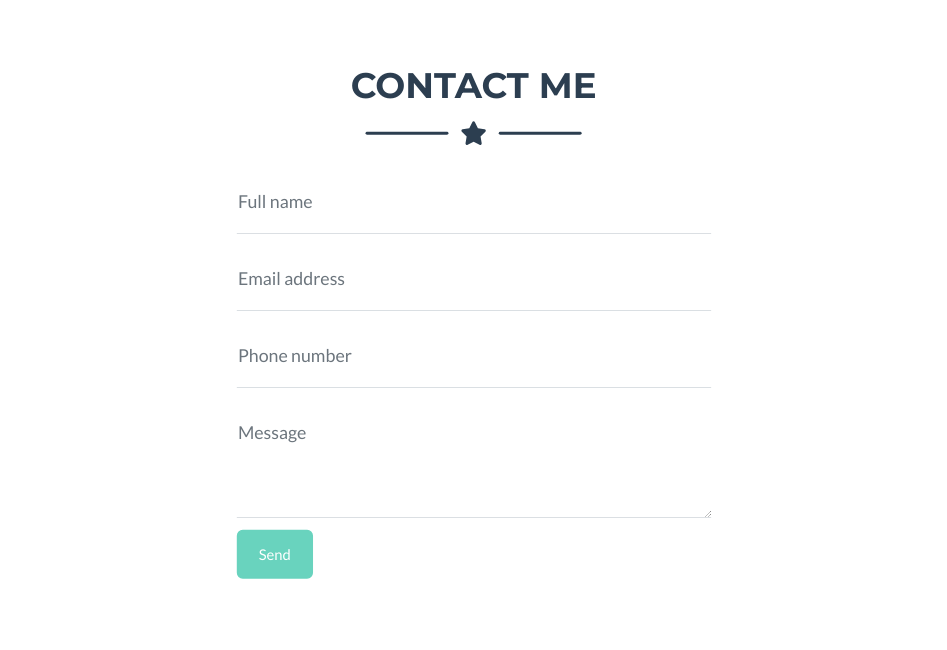
Repository: kvmhyvmvn/Study_JspServlet
Page: http://localhost/06.Last/member/login.jsp
An editor plug-in stored every save of this project. The page is shown before and after the next save, followed by the edit.
The browser window is 1280 px wide. The pictures show the whole page, at 74% of full size.
Some web libraries are served in a nearby version. The page is served by Tomcat 9. Other server files are loaded and not shown.

Above is the page before, as saved 2023-05-26 01:44:01.

### WorkSpace/06.Last/src/main/webapp/member/login.jsp
<%@ page language="java" contentType="text/html; charset=UTF-8"
    pageEncoding="UTF-8"%>
<!DOCTYPE html>
<html>
<jsp:include page="/include/head.jsp"/>
<%@ include file="/include/head.jsp" %>
<body>
	<!-- Contact Section-->
        <section class="page-section" id="contact">
            <div class="container">
                <!-- Contact Section Heading-->
                <h2 class="page-section-heading text-center text-uppercase text-secondary mb-0">Contact Me</h2>
                <!-- Icon Divider-->
                <div class="divider-custom">
                    <div class="divider-custom-line"></div>
                    <div class="divider-custom-icon"><i class="fas fa-star"></i></div>
                    <div class="divider-custom-line"></div>
                </div>
                <!-- Contact Section Form-->
                <div class="row justify-content-center">
                    <div class="col-lg-8 col-xl-7">
                        <!-- * * * * * * * * * * * * * * *-->
                        <!-- * * SB Forms Contact Form * *-->
                        <!-- * * * * * * * * * * * * * * *-->
                        <!-- This form is pre-integrated with SB Forms.-->
                        <!-- To make this form functional, sign up at-->
                        <!-- https://startbootstrap.com/solution/contact-forms-->
                        <!-- to get an API token!-->
                        <form id="contactForm" data-sb-form-api-token="API_TOKEN">
                            <!-- Name input-->
                            <div class="form-floating mb-3">
                                <input class="form-control" id="name" type="text" placeholder="Enter your name..." data-sb-validations="required" />
                                <label for="name">Full name</label>
                                <div class="invalid-feedback" data-sb-feedback="name:required">A name is required.</div>
                            </div>
                            <!-- Email address input-->
                            <div class="form-floating mb-3">
                                <input class="form-control" id="email" type="email" placeholder="name@example.com" data-sb-validations="required,email" />
                                <label for="email">Email address</label>
                                <div class="invalid-feedback" data-sb-feedback="email:required">An email is required.</div>
                                <div class="invalid-feedback" data-sb-feedback="email:email">Email is not valid.</div>
                            </div>
                            <!-- Phone number input-->
                            <div class="form-floating mb-3">
                                <input class="form-control" id="phone" type="tel" placeholder="(123) 456-7890" data-sb-validations="required" />
                                <label for="phone">Phone number</label>
                                <div class="invalid-feedback" data-sb-feedback="phone:required">A phone number is required.</div>
                            </div>
                            <!-- Message input-->
                            <div class="form-floating mb-3">
                                <textarea class="form-control" id="message" type="text" placeholder="Enter your message here..." style="height: 10rem" data-sb-validations="required"></textarea>
                                <label for="message">Message</label>
                                <div class="invalid-feedback" data-sb-feedback="message:required">A message is required.</div>
                            </div>
                            <!-- Submit success message-->
                            <!---->
                            <!-- This is what your users will see when the form-->
                            <!-- has successfully submitted-->
                            <div class="d-none" id="submitSuccessMessage">
                                <div class="text-center mb-3">
                                    <div class="fw-bolder">Form submission successful!</div>
                                    To activate this form, sign up at
                                    <br />
                                    <a href="https://startbootstrap.com/solution/contact-forms">https://startbootstrap.com/solution/contact-forms</a>
                                </div>
                            </div>
                            <!-- Submit error message-->
                            <!---->
                            <!-- This is what your users will see when there is-->
                            <!-- an error submitting the form-->
                            <div class="d-none" id="submitErrorMessage"><div class="text-center text-danger mb-3">Error sending message!</div></div>
                            <!-- Submit Button-->
                            <button class="btn btn-primary btn-xl disabled" id="submitButton" type="submit">Send</button>
                        </form>
                    </div>
                </div>
            </div>
        </section>
</body>
</html>

### WorkSpace/06.Last/src/main/webapp/include/head.jsp
<%@ page language="java" contentType="text/html; charset=UTF-8"
    pageEncoding="UTF-8"%>
 <head>
 	<!-- Masthead-->
        <meta charset="utf-8" />
        <meta name="viewport" content="width=device-width, initial-scale=1, shrink-to-fit=no" />
        <meta name="description" content="" />
        <meta name="author" content="" />
        <title>Freelancer - Start Bootstrap Theme</title>
        <!-- Favicon-->
        <link rel="icon" type="image/x-icon" href="assets/favicon.ico" />
        <!-- Font Awesome icons (free version)-->
        <script src="https://use.fontawesome.com/releases/v6.3.0/js/all.js" crossorigin="anonymous"></script>
        <!-- Google fonts-->
        <link href="https://fonts.googleapis.com/css?family=Montserrat:400,700" rel="stylesheet" type="text/css" />
        <link href="https://fonts.googleapis.com/css?family=Lato:400,700,400italic,700italic" rel="stylesheet" type="text/css" />
        <!-- Core theme CSS (includes Bootstrap)-->
        <link href="../css/styles.css" rel="stylesheet" />
    </head>

### WorkSpace/06.Last/src/main/webapp/include/header.jsp
<%@ page language="java" contentType="text/html; charset=UTF-8"
    pageEncoding="UTF-8"%>
            <!-- Navigation-->
        <nav class="navbar navbar-expand-lg bg-secondary text-uppercase fixed-top" id="mainNav">
            <div class="container">
                <a class="navbar-brand" href="#page-top">Start Bootstrap</a>
                <button class="navbar-toggler text-uppercase font-weight-bold bg-primary text-white rounded" type="button" data-bs-toggle="collapse" data-bs-target="#navbarResponsive" aria-controls="navbarResponsive" aria-expanded="false" aria-label="Toggle navigation">
                    Menu
                    <i class="fas fa-bars"></i>
                </button>
                <div class="collapse navbar-collapse" id="navbarResponsive">
                    <ul class="navbar-nav ms-auto">
                        <li class="nav-item mx-0 mx-lg-1"><a class="nav-link py-3 px-0 px-lg-3 rounded" href="loginpage.mem">로그인</a></li>
                        <li class="nav-item mx-0 mx-lg-1"><a class="nav-link py-3 px-0 px-lg-3 rounded" href="list.crud">CRUD 연습(마지막)</a></li>
                        <li class="nav-item mx-0 mx-lg-1"><a class="nav-link py-3 px-0 px-lg-3 rounded" href="#contact">혼자 연습</a></li>
                    </ul>
                </div>
            </div>
        </nav>
	<header class="masthead bg-primary text-white text-center">
            <div class="container d-flex align-items-center flex-column">
                <!-- Masthead Avatar Image-->
                <img class="masthead-avatar mb-5" src="assets/img/avataaars.svg" alt="..." />
                <!-- Masthead Heading-->
                <h1 class="masthead-heading text-uppercase mb-0">Start Bootstrap</h1>
                <!-- Icon Divider-->
                <div class="divider-custom divider-light">
                    <div class="divider-custom-line"></div>
                    <div class="divider-custom-icon"><i class="fas fa-star"></i></div>
                    <div class="divider-custom-line"></div>
                </div>
                <!-- Masthead Subheading-->
                <p class="masthead-subheading font-weight-light mb-0">Graphic Artist - Web Designer - Illustrator</p>
            </div>
        </header>

### WorkSpace/06.Last/src/main/webapp/assets/img/avataaars.svg
<?xml version="1.0" encoding="utf-8"?>
<!-- Generator: Adobe Illustrator 23.0.3, SVG Export Plug-In . SVG Version: 6.00 Build 0)  -->
<svg version="1.1" id="Layer_1" xmlns="http://www.w3.org/2000/svg" xmlns:xlink="http://www.w3.org/1999/xlink" x="0px" y="0px"
	 viewBox="0 0 264 280" style="enable-background:new 0 0 264 280;" xml:space="preserve">
<style type="text/css">
	.st0{fill-rule:evenodd;clip-rule:evenodd;fill:#E6E6E6;}
	.st1{filter:url(#Adobe_OpacityMaskFilter);}
	.st2{fill-rule:evenodd;clip-rule:evenodd;fill:#FFFFFF;}
	.st3{mask:url(#mask-2_1_);}
	.st4{fill-rule:evenodd;clip-rule:evenodd;fill:#2C3E50;}
	.st5{filter:url(#Adobe_OpacityMaskFilter_1_);}
	.st6{mask:url(#mask-4_1_);}
	.st7{fill-rule:evenodd;clip-rule:evenodd;fill:#D0C6AC;}
	.st8{filter:url(#Adobe_OpacityMaskFilter_2_);}
	.st9{mask:url(#mask-6_1_);}
	.st10{fill-rule:evenodd;clip-rule:evenodd;fill:#EDB98A;}
	.st11{filter:url(#Adobe_OpacityMaskFilter_3_);}
	.st12{mask:url(#mask-6_2_);fill-rule:evenodd;clip-rule:evenodd;fill-opacity:0.1;}
	.st13{filter:url(#Adobe_OpacityMaskFilter_4_);}
	.st14{mask:url(#react-mask-952_1_);}
	.st15{filter:url(#Adobe_OpacityMaskFilter_5_);}
	.st16{opacity:0.6;mask:url(#react-mask-952_2_);}
	.st17{fill-rule:evenodd;clip-rule:evenodd;fill-opacity:0.16;}
	.st18{fill-rule:evenodd;clip-rule:evenodd;fill-opacity:0.7;}
	.st19{filter:url(#Adobe_OpacityMaskFilter_6_);}
	.st20{mask:url(#react-mask-934_1_);fill-rule:evenodd;clip-rule:evenodd;fill:#FFFFFF;}
	.st21{filter:url(#Adobe_OpacityMaskFilter_7_);}
	.st22{mask:url(#react-mask-934_2_);}
	.st23{fill-rule:evenodd;clip-rule:evenodd;fill:#FF4F6D;}
	.st24{fill-rule:evenodd;clip-rule:evenodd;fill-opacity:0.6;}
	.st25{filter:url(#Adobe_OpacityMaskFilter_8_);}
	.st26{mask:url(#react-mask-925_1_);}
	.st27{fill-rule:evenodd;clip-rule:evenodd;fill:#28354B;}
	.st28{filter:url(#Adobe_OpacityMaskFilter_9_);}
	.st29{mask:url(#react-mask-924_1_);}
	.st30{fill-rule:evenodd;clip-rule:evenodd;fill:#4A312C;}
</style>
<desc>Created with getavataaars.com</desc>
<g>
	<g transform="translate(-825.000000, -1100.000000)">
		<g transform="translate(825.000000, 1100.000000)">
			<g id="Circle" transform="translate(12.000000, 40.000000)">
				<g id="Circle-Background">
					<circle class="st0" cx="120" cy="120" r="120"/>
				</g>
				<defs>
					<filter id="Adobe_OpacityMaskFilter" filterUnits="userSpaceOnUse" x="0" y="0" width="240" height="240">
						<feColorMatrix  type="matrix" values="1 0 0 0 0  0 1 0 0 0  0 0 1 0 0  0 0 0 1 0"/>
					</filter>
				</defs>
				<mask maskUnits="userSpaceOnUse" x="0" y="0" width="240" height="240" id="mask-2_1_">
					<g class="st1">
						<circle id="path-1_1_" class="st2" cx="120" cy="120" r="120"/>
					</g>
				</mask>
				<g class="st3">
					<rect class="st4" width="240" height="240"/>
				</g>
			</g>
			<g id="Mask">
			</g>
			<defs>
				<filter id="Adobe_OpacityMaskFilter_1_" filterUnits="userSpaceOnUse" x="-1" y="0" width="265" height="280">
					<feColorMatrix  type="matrix" values="1 0 0 0 0  0 1 0 0 0  0 0 1 0 0  0 0 0 1 0"/>
				</filter>
			</defs>
			<mask maskUnits="userSpaceOnUse" x="-1" y="0" width="265" height="280" id="mask-4_1_">
				<g class="st5">
					<path id="path-3_1_" class="st2" d="M12,160c0,66.3,53.7,120,120,120s120-53.7,120-120h12V0H0v160H12z"/>
				</g>
			</mask>
			<g id="Avataaar" class="st6">
				<g id="Body" transform="translate(32.000000, 36.000000)">
					<g>
						<path class="st7" d="M124,144.6V163h4l0,0c39.8,0,72,32.2,72,72v9H0v-9c0-39.8,32.2-72,72-72l0,0h4v-18.4
							c-17.2-8.2-29.6-24.9-31.7-44.7C38.5,99.1,34,94.1,34,88V74c0-5.9,4.3-10.9,10-11.8V56l0,0c0-30.9,25.1-56,56-56l0,0l0,0
							c30.9,0,56,25.1,56,56v6.2c5.7,1,10,5.9,10,11.8v14c0,6.1-4.5,11.1-10.3,11.9C153.6,119.7,141.2,136.4,124,144.6z"/>
					</g>
					<defs>
						<filter id="Adobe_OpacityMaskFilter_2_" filterUnits="userSpaceOnUse" x="-32" y="0" width="264" height="244">
							<feColorMatrix  type="matrix" values="1 0 0 0 0  0 1 0 0 0  0 0 1 0 0  0 0 0 1 0"/>
						</filter>
					</defs>
					<mask maskUnits="userSpaceOnUse" x="-32" y="0" width="264" height="244" id="mask-6_1_">
						<g class="st8">
							<path id="path-5_1_" class="st2" d="M124,144.6V163h4l0,0c39.8,0,72,32.2,72,72v9H0v-9c0-39.8,32.2-72,72-72l0,0h4v-18.4
								c-17.2-8.2-29.6-24.9-31.7-44.7C38.5,99.1,34,94.1,34,88V74c0-5.9,4.3-10.9,10-11.8V56l0,0c0-30.9,25.1-56,56-56l0,0l0,0
								c30.9,0,56,25.1,56,56v6.2c5.7,1,10,5.9,10,11.8v14c0,6.1-4.5,11.1-10.3,11.9C153.6,119.7,141.2,136.4,124,144.6z"/>
						</g>
					</mask>
					<g class="st9">
						<g id="Color" transform="translate(-32.000000, 0.000000)">
							<rect class="st10" width="264" height="244"/>
						</g>
					</g>
					<defs>
						<filter id="Adobe_OpacityMaskFilter_3_" filterUnits="userSpaceOnUse" x="44" y="79" width="112" height="79">
							<feColorMatrix  type="matrix" values="1 0 0 0 0  0 1 0 0 0  0 0 1 0 0  0 0 0 1 0"/>
						</filter>
					</defs>
					<mask maskUnits="userSpaceOnUse" x="44" y="79" width="112" height="79" id="mask-6_2_">
						<g class="st11">
							<path id="path-5_2_" class="st2" d="M124,144.6V163h4l0,0c39.8,0,72,32.2,72,72v9H0v-9c0-39.8,32.2-72,72-72l0,0h4v-18.4
								c-17.2-8.2-29.6-24.9-31.7-44.7C38.5,99.1,34,94.1,34,88V74c0-5.9,4.3-10.9,10-11.8V56l0,0c0-30.9,25.1-56,56-56l0,0l0,0
								c30.9,0,56,25.1,56,56v6.2c5.7,1,10,5.9,10,11.8v14c0,6.1-4.5,11.1-10.3,11.9C153.6,119.7,141.2,136.4,124,144.6z"/>
						</g>
					</mask>
					<path id="Neck-Shadow" class="st12" d="M156,79v23c0,30.9-25.1,56-56,56s-56-25.1-56-56V79v15c0,30.9,25.1,56,56,56
						s56-25.1,56-56V79z"/>
				</g>
				<g transform="translate(0.000000, 170.000000)">
					<g id="Clothes">
						<path class="st0" d="M166,29.3c37,3,66,34,66,71.8v8.9H32v-8.9C32,63,61.6,31.8,99,29.2c0,0.4,0,0.7,0,1.1
							c0,11.9,15,21.5,33.5,21.5S166,42.2,166,30.3C166,30,166,29.6,166,29.3z"/>
					</g>
					<defs>
						<filter id="Adobe_OpacityMaskFilter_4_" filterUnits="userSpaceOnUse" x="0" y="0" width="264" height="110">
							<feColorMatrix  type="matrix" values="1 0 0 0 0  0 1 0 0 0  0 0 1 0 0  0 0 0 1 0"/>
						</filter>
					</defs>
					<mask maskUnits="userSpaceOnUse" x="0" y="0" width="264" height="110" id="react-mask-952_1_">
						<g class="st13">
							<path id="react-path-951_1_" class="st2" d="M166,29.3c37,3,66,34,66,71.8v8.9H32v-8.9C32,63,61.6,31.8,99,29.2
								c0,0.4,0,0.7,0,1.1c0,11.9,15,21.5,33.5,21.5S166,42.2,166,30.3C166,30,166,29.6,166,29.3z"/>
						</g>
					</mask>
					<g class="st14">
						<rect class="st2" width="264" height="110"/>
					</g>
					<defs>
						<filter id="Adobe_OpacityMaskFilter_5_" filterUnits="userSpaceOnUse" x="92.9" y="4.9" width="79.3" height="53.8">
							<feColorMatrix  type="matrix" values="1 0 0 0 0  0 1 0 0 0  0 0 1 0 0  0 0 0 1 0"/>
						</filter>
					</defs>
					<mask maskUnits="userSpaceOnUse" x="92.9" y="4.9" width="79.3" height="53.8" id="react-mask-952_2_">
						<g class="st15">
							<path id="react-path-951_2_" class="st2" d="M166,29.3c37,3,66,34,66,71.8v8.9H32v-8.9C32,63,61.6,31.8,99,29.2
								c0,0.4,0,0.7,0,1.1c0,11.9,15,21.5,33.5,21.5S166,42.2,166,30.3C166,30,166,29.6,166,29.3z"/>
						</g>
					</mask>
					<g id="Shadowy" class="st16">
						<g transform="translate(92.000000, 4.000000)">
							<ellipse class="st17" cx="40.5" cy="27.8" rx="39.6" ry="26.9"/>
						</g>
					</g>
				</g>
				<g id="Face" transform="translate(76.000000, 82.000000)">
					<g transform="translate(2.000000, 52.000000)">
						<g id="Mouth">
							<path class="st18" d="M35.1,15.1C36.2,24.6,44.2,32,54,32c9.8,0,17.9-7.4,18.9-17c0.1-0.8-0.8-2-1.8-2c-14.9,0-26.3,0-34,0
								C36,13,35,14.2,35.1,15.1z"/>
						</g>
						<defs>
							<filter id="Adobe_OpacityMaskFilter_6_" filterUnits="userSpaceOnUse" x="39" y="2" width="31" height="16">
								<feColorMatrix  type="matrix" values="1 0 0 0 0  0 1 0 0 0  0 0 1 0 0  0 0 0 1 0"/>
							</filter>
						</defs>
						<mask maskUnits="userSpaceOnUse" x="39" y="2" width="31" height="16" id="react-mask-934_1_">
							<g class="st19">
								<path id="react-path-933_1_" class="st2" d="M35.1,15.1C36.2,24.6,44.2,32,54,32c9.8,0,17.9-7.4,18.9-17
									c0.1-0.8-0.8-2-1.8-2c-14.9,0-26.3,0-34,0C36,13,35,14.2,35.1,15.1z"/>
							</g>
						</mask>
						<path id="Teeth" class="st20" d="M44,2h21c2.8,0,5,2.2,5,5v6c0,2.8-2.2,5-5,5H44c-2.8,0-5-2.2-5-5V7C39,4.2,41.2,2,44,2z"/>
						<defs>
							<filter id="Adobe_OpacityMaskFilter_7_" filterUnits="userSpaceOnUse" x="38" y="24" width="32" height="22">
								<feColorMatrix  type="matrix" values="1 0 0 0 0  0 1 0 0 0  0 0 1 0 0  0 0 0 1 0"/>
							</filter>
						</defs>
						<mask maskUnits="userSpaceOnUse" x="38" y="24" width="32" height="22" id="react-mask-934_2_">
							<g class="st21">
								<path id="react-path-933_2_" class="st2" d="M35.1,15.1C36.2,24.6,44.2,32,54,32c9.8,0,17.9-7.4,18.9-17
									c0.1-0.8-0.8-2-1.8-2c-14.9,0-26.3,0-34,0C36,13,35,14.2,35.1,15.1z"/>
							</g>
						</mask>
						<g id="Tongue" class="st22">
							<g transform="translate(38.000000, 24.000000)">
								<circle class="st23" cx="11" cy="11" r="11"/>
								<circle class="st23" cx="21" cy="11" r="11"/>
							</g>
						</g>
					</g>
					<g transform="translate(28.000000, 40.000000)">
						<path id="Nose" class="st17" d="M16,8c0,4.4,5.4,8,12,8l0,0c6.6,0,12-3.6,12-8"/>
					</g>
					<g transform="translate(0.000000, 8.000000)">
						<path id="Squint" class="st24" d="M16.2,22.4C18,18.6,22.2,16,27,16c4.8,0,9,2.6,10.8,6.4c0.6,1.1-0.2,2-1,1.4
							c-2.5-2.1-5.9-3.4-9.8-3.4c-3.7,0-7.1,1.2-9.6,3.2C16.5,24.3,15.6,23.6,16.2,22.4z"/>
						<path class="st24" d="M74.2,22.4C76,18.6,80.2,16,85,16c4.8,0,9,2.6,10.8,6.4c0.6,1.1-0.2,2-1,1.4c-2.5-2.1-5.9-3.4-9.8-3.4
							c-3.7,0-7.1,1.2-9.6,3.2C74.5,24.3,73.6,23.6,74.2,22.4z"/>
					</g>
					<g>
						<path id="Eyebrow" class="st24" d="M26.5,6.1c-5.8,0.3-15.2,4.5-15,10.3c0,0.2,0.3,0.3,0.4,0.1c2.8-3,22.3-5.9,29.2-4.4
							c0.6,0.1,1.1-0.5,0.7-0.9C38.5,7.5,31.7,5.9,26.5,6.1"/>
						<path class="st24" d="M86.5,6.1c5.8,0.3,15.2,4.5,15,10.3c0,0.2-0.3,0.3-0.4,0.1c-2.8-3-22.3-5.9-29.2-4.4
							c-0.6,0.1-1.1-0.5-0.7-0.9C74.5,7.5,81.3,5.9,86.5,6.1"/>
					</g>
				</g>
				<g id="Top">
					<defs>
						<filter id="Adobe_OpacityMaskFilter_8_" filterUnits="userSpaceOnUse" x="-1" y="0" width="264" height="280">
							<feColorMatrix  type="matrix" values="1 0 0 0 0  0 1 0 0 0  0 0 1 0 0  0 0 0 1 0"/>
						</filter>
					</defs>
					<mask maskUnits="userSpaceOnUse" x="-1" y="0" width="264" height="280" id="react-mask-925_1_">
						<g class="st25">
							<rect id="react-path-927_1_" class="st2" width="264" height="280"/>
						</g>
					</mask>
					<g class="st26">
						<g transform="translate(-1.000000, 0.000000)">
							<g id="Short-Hair">
								<path class="st27" d="M183.7,38.9c5.4-5,6.7-15,3.6-21.5c-3.8-8-11.4-9-18.7-5.5c-6.9,3.3-13.1,4.4-20.6,2.8
									c-7.3-1.5-14.1-4.3-21.6-4.7C114,9.3,102,13.9,93.6,23.1c-1.6,1.8-2.9,3.8-4.1,5.8c-1,1.6-2.1,3.4-2.5,5.3
									c-0.2,0.9,0.2,3.1-0.3,3.8c-0.5,0.8-2.3,1.5-3.1,2.1c-1.6,1.2-2.9,2.5-4.2,4c-2.7,3.2-4.1,6.6-5.4,10.6
									c-4.1,13.2-4.5,29,0.9,42c0.7,1.7,2.9,5.4,4.2,1.6c0.3-0.7-0.3-3.2-0.3-3.9c0-2.7,1.5-20.7,8-30.8c2.1-3.3,12-15.6,14-15.7
									c1.1,1.7,11.9,12.5,39.9,11.2c12.7-0.6,22.4-6.3,24.7-8.7c1,5.5,13,13.8,14.8,17.2c5.3,9.8,6.4,30.3,8.4,30.3
									s3.5-5.2,3.9-6.2c3.1-7.4,3.6-16.6,3.3-24.6C195.5,57,191.3,45.9,183.7,38.9z"/>
							</g>
							<defs>
								<filter id="Adobe_OpacityMaskFilter_9_" filterUnits="userSpaceOnUse" x="0" y="0" width="264" height="280">
									<feColorMatrix  type="matrix" values="1 0 0 0 0  0 1 0 0 0  0 0 1 0 0  0 0 0 1 0"/>
								</filter>
							</defs>
							<mask maskUnits="userSpaceOnUse" x="0" y="0" width="264" height="280" id="react-mask-924_1_">
								<g class="st28">
									<path id="react-path-926_1_" class="st2" d="M183.7,38.9c5.4-5,6.7-15,3.6-21.5c-3.8-8-11.4-9-18.7-5.5
										c-6.9,3.3-13.1,4.4-20.6,2.8c-7.3-1.5-14.1-4.3-21.6-4.7C114,9.3,102,13.9,93.6,23.1c-1.6,1.8-2.9,3.8-4.1,5.8
										c-1,1.6-2.1,3.4-2.5,5.3c-0.2,0.9,0.2,3.1-0.3,3.8c-0.5,0.8-2.3,1.5-3.1,2.1c-1.6,1.2-2.9,2.5-4.2,4
										c-2.7,3.2-4.1,6.6-5.4,10.6c-4.1,13.2-4.5,29,0.9,42c0.7,1.7,2.9,5.4,4.2,1.6c0.3-0.7-0.3-3.2-0.3-3.9
										c0-2.7,1.5-20.7,8-30.8c2.1-3.3,12-15.6,14-15.7c1.1,1.7,11.9,12.5,39.9,11.2c12.7-0.6,22.4-6.3,24.7-8.7
										c1,5.5,13,13.8,14.8,17.2c5.3,9.8,6.4,30.3,8.4,30.3s3.5-5.2,3.9-6.2c3.1-7.4,3.6-16.6,3.3-24.6
										C195.5,57,191.3,45.9,183.7,38.9z"/>
								</g>
							</mask>
							<g class="st29">
								<g transform="translate(0.000000, 0.000000) ">
									<rect class="st30" width="264" height="280"/>
								</g>
							</g>
						</g>
					</g>
				</g>
			</g>
		</g>
	</g>
</g>
</svg>

Loaded but not shown: WorkSpace/06.Last/src/main/webapp/css/styles.css (library)

After the next save:
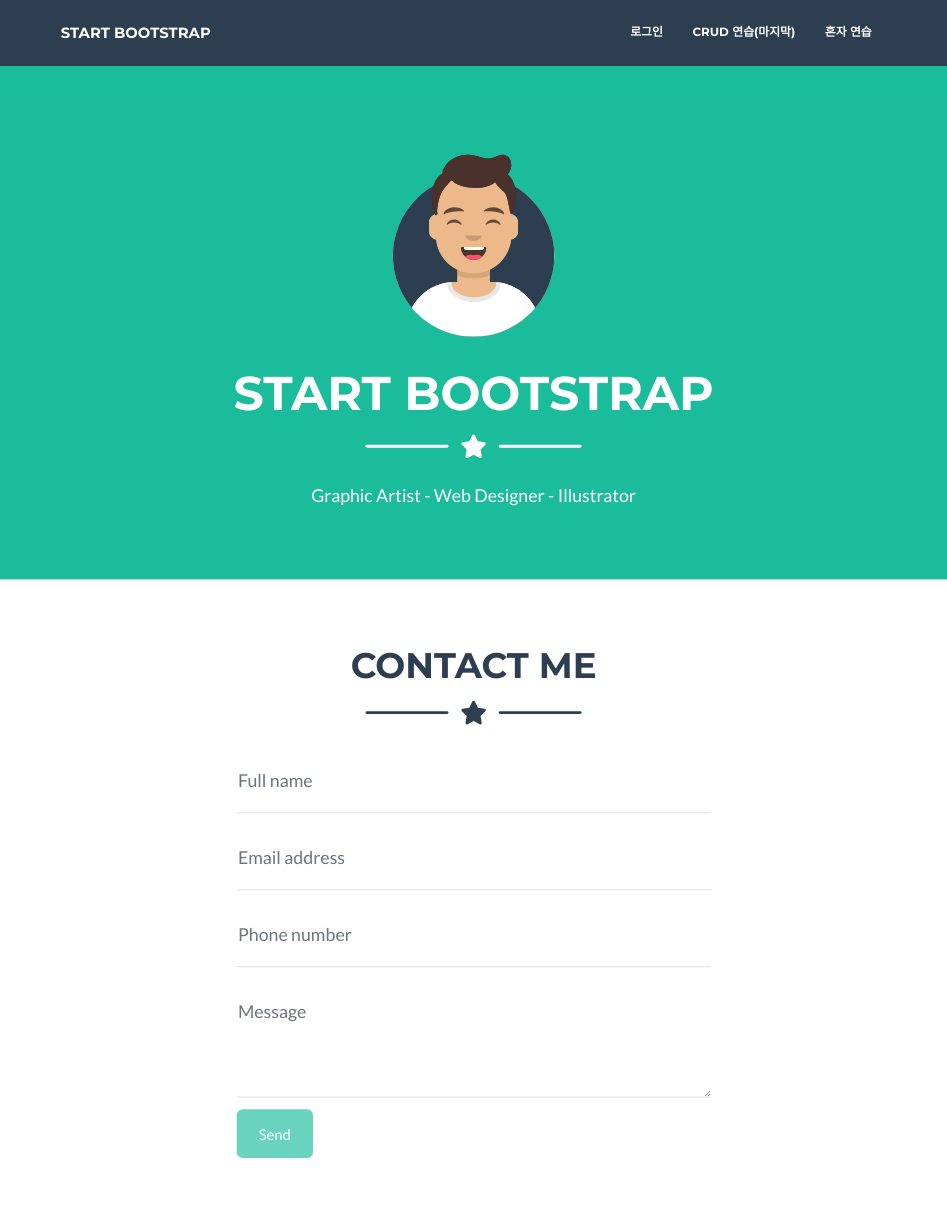
Saved 84 s later.
--- a/WorkSpace/06.Last/src/main/webapp/member/login.jsp
+++ b/WorkSpace/06.Last/src/main/webapp/member/login.jsp
@@ -5,6 +5,7 @@
 <jsp:include page="/include/head.jsp"/>
 <%@ include file="/include/head.jsp" %>
 <body>
+<%@ include file="/include/header.jsp" %>
 	<!-- Contact Section-->
         <section class="page-section" id="contact">
             <div class="container">
